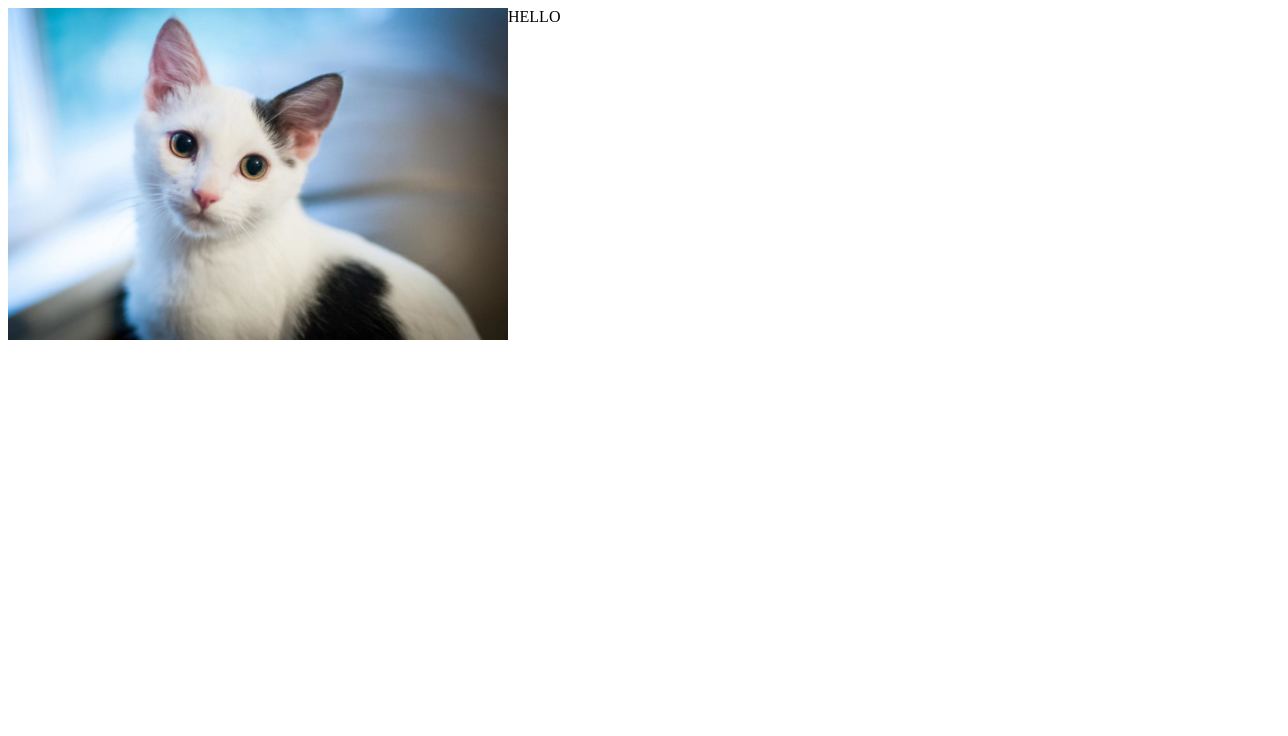
Repository: AustinW24/pg-catfacts
Page: cat-facts.html
These files come from the project's save history. The page is drawn as it stood at one moment and after the next save; the edit follows.
The browser window is 1280 px wide. The page is 1288 px wide, so the pictures cover 1288 px, including what lies to the right of the window. The pictures show the whole page.
The page's requests for data from a server got no answer.

Above is the page before, as saved 2021-12-29 15:30:47.

### cat-facts.html
<!doctype html>
<html lang="en">
<head>
  <meta charset="utf-8">
  <title>Cat Facts</title>
  <meta name="description" content="Description Goes Here">
  <link rel="stylesheet" href="cat-facts.css">
</head>
<body>
  <script src="./cat-facts.js"></script>
  <div class="popup-container">
    <div>
        <img src="./images/cat-img.jpeg" class="cat-photo">
    </div>
    <div>HELLO</div>
  </div>
</body>
</html>

### cat-facts.css
* {
    box-sizing: border-box;
}
body {
    height: 100vh;
    width: 100vw;
}
.cat-photo {
    max-width: 500px;
}
.popup-container {
    display: flex;
    flex-direction: row;
    width: 100%;

}
.popup-container {
    top: 100%;
    height: 0;
}
div.slide-up {
    height: 200px;
    overflow: hidden;
  }

  div.slide-up p {
    animation: 10s slide-up;
    margin-top: 0%;
  }

  @keyframes slide-up {
    from {
      margin-top: 100%;
      height: 300%;
    }
    to {
      margin-top: 0%;
      height: 100%;
    }
  }

### cat-facts.js
document.addEventListener('DOMContentLoaded', ()=>{

    async function getCatFacts(){
      let response = await fetch(`https://cat-fact.herokuapp.com/facts`);
      let data = await response.json()
      console.log(data)
      return data;
    }
    getCatFacts()

 })

After the next save:
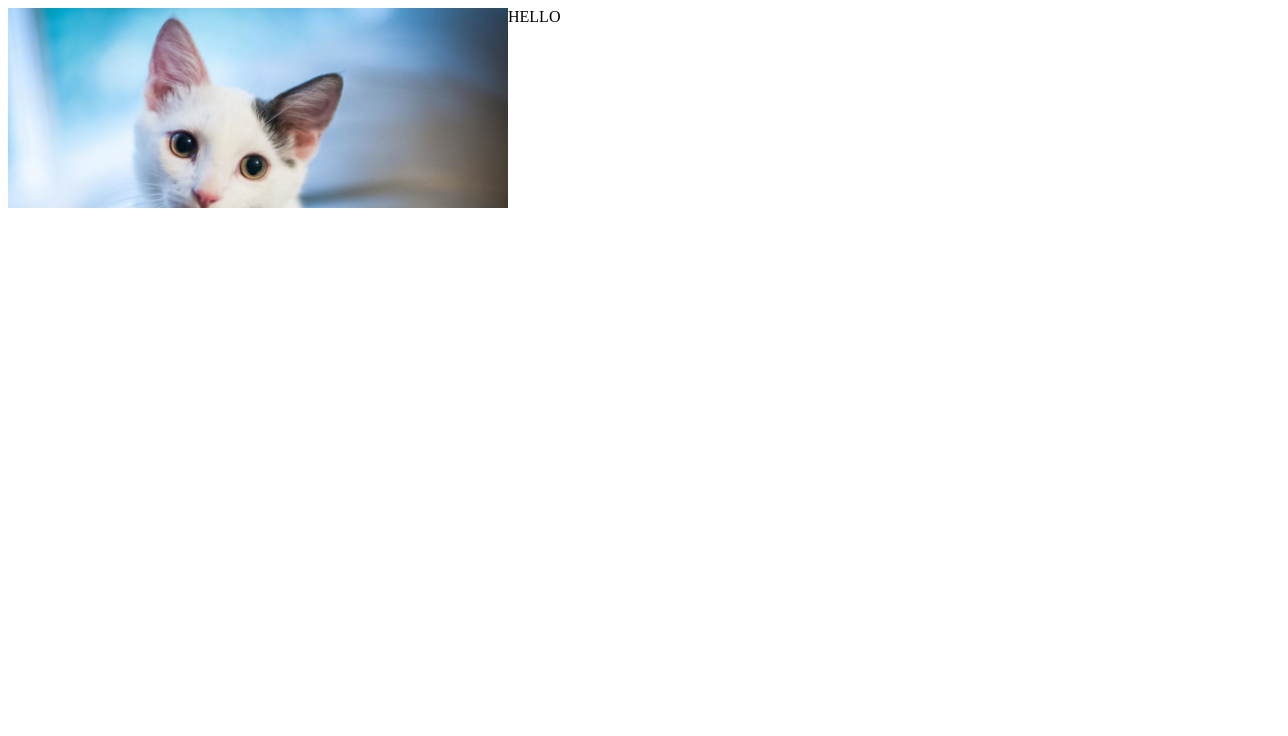
Saved 23 s later.
--- a/cat-facts.css
+++ b/cat-facts.css
@@ -18,7 +18,7 @@ body {
     top: 100%;
     height: 0;
 }
-div.slide-up {
+div.popup-container {
     height: 200px;
     overflow: hidden;
   }
